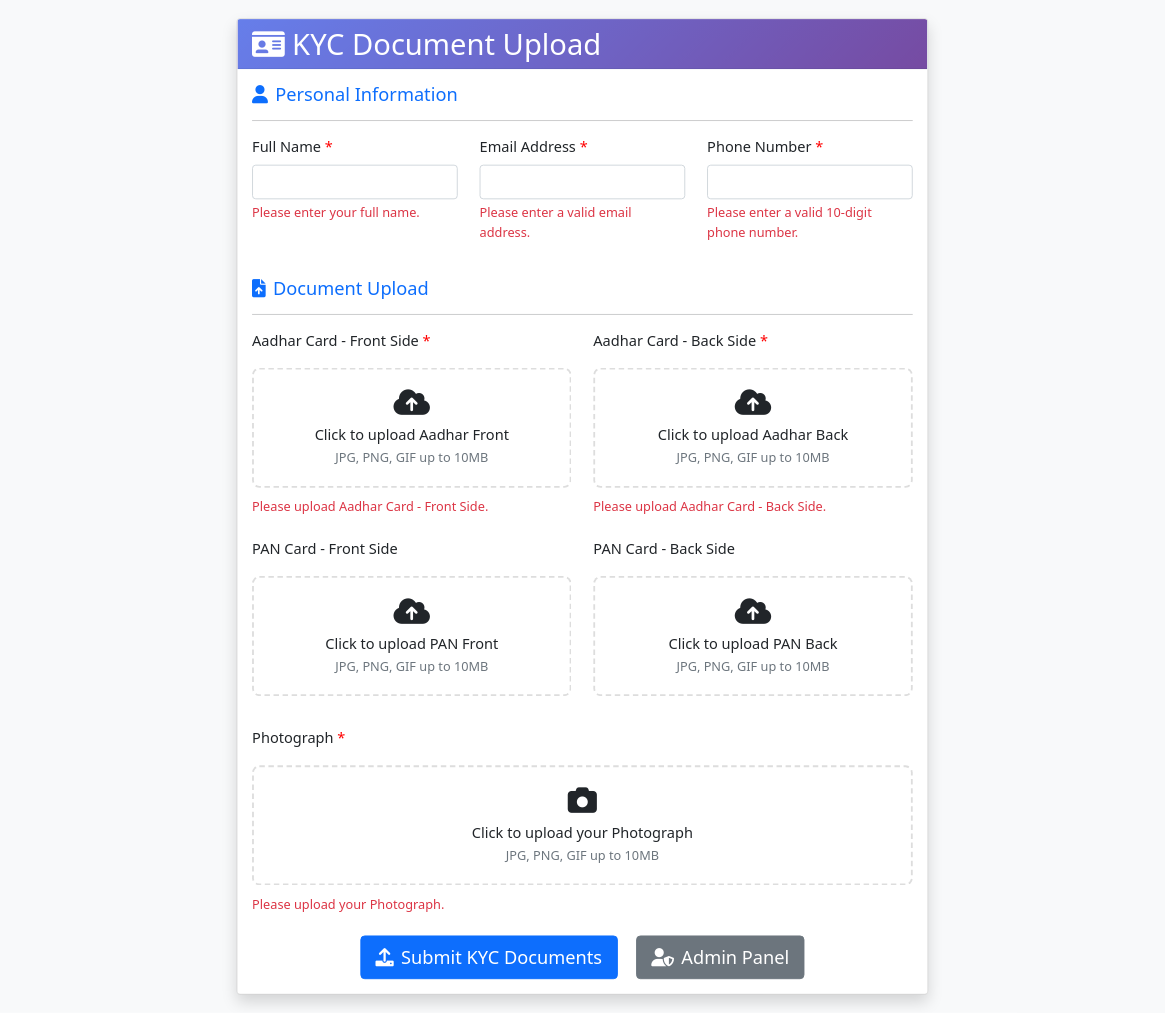
Repository: ashutosh-shukla/microservices
Page: http://localhost/FRONTEND-UI/WEB-INF/views/kyc-upload.jsp
These files come from the project's save history. The page is drawn as it stood at one moment and after the next save; the edit follows.
The browser window is 1280 px wide. The pictures show the whole page, at 91% of full size.
The page is served by Tomcat 9. Nobody is signed in. Other server files are loaded and not shown. The template is opened directly, without the code that normally fills it, so the values that code supplies are empty.

Above is the page before, as saved 2025-07-27 17:35:20.

### FRONTEND-UI/src/main/webapp/WEB-INF/views/kyc-upload.jsp
<%@ page contentType="text/html;charset=UTF-8" language="java" %>
<%@ taglib prefix="c" uri="http://java.sun.com/jsp/jstl/core" %>
<!DOCTYPE html>
<html lang="en">
<head>
    <meta charset="UTF-8">
    <meta name="viewport" content="width=device-width, initial-scale=1.0">
    <title>KYC Document Upload</title>
    <link href="https://cdn.jsdelivr.net/npm/bootstrap@5.1.3/dist/css/bootstrap.min.css" rel="stylesheet">
    <link href="https://cdnjs.cloudflare.com/ajax/libs/font-awesome/6.0.0/css/all.min.css" rel="stylesheet">
    <style>
        .upload-container {
            max-width: 800px;
            margin: 0 auto;
            padding: 20px;
        }
        .file-upload-wrapper {
            position: relative;
            margin: 10px 0;
        }
        .file-upload-input {
            display: none;
        }
        .file-upload-label {
            display: block;
            padding: 20px;
            border: 2px dashed #ddd;
            border-radius: 8px;
            text-align: center;
            cursor: pointer;
            transition: all 0.3s ease;
        }
        .file-upload-label:hover {
            border-color: #007bff;
            background-color: #f8f9fa;
        }
        .file-upload-label.has-file {
            border-color: #28a745;
            background-color: #d4edda;
        }
        .preview-container {
            margin-top: 10px;
            text-align: center;
        }
        .preview-image {
            max-width: 200px;
            max-height: 150px;
            border-radius: 8px;
            box-shadow: 0 2px 8px rgba(0,0,0,0.1);
        }
        .required-field {
            color: red;
        }
        .card-header {
            background: linear-gradient(135deg, #667eea 0%, #764ba2 100%);
            color: white;
        }
        .is-invalid {
            border-color: #dc3545 !important;
        }
        .invalid-feedback {
            display: block;
            color: #dc3545;
            font-size: 0.875em;
        }
    </style>
</head>
<body class="bg-light">
    <div class="container-fluid">
        <div class="upload-container">
            <div class="card shadow">
                <div class="card-header">
                    <h2 class="mb-0"><i class="fas fa-id-card me-2"></i>KYC Document Upload</h2>
                </div>
                <div class="card-body">
                    <c:if test="${not empty success}">
                        <div class="alert alert-success alert-dismissible fade show" role="alert">
                            <i class="fas fa-check-circle me-2"></i>${success}
                            <button type="button" class="btn-close" data-bs-dismiss="alert"></button>
                        </div>
                    </c:if>

                    <c:if test="${not empty error}">
                        <div class="alert alert-danger alert-dismissible fade show" role="alert">
                            <i class="fas fa-exclamation-circle me-2"></i>${error}
                            <button type="button" class="btn-close" data-bs-dismiss="alert"></button>
                        </div>
                    </c:if>

                    <%-- Corrected form action to point to the KYCUIController's upload method --%>
                    <form action="${pageContext.request.contextPath}/kyc/upload" method="post" enctype="multipart/form-data" id="kycForm">
                        <div class="row mb-4">
                            <div class="col-12">
                                <h5 class="text-primary"><i class="fas fa-user me-2"></i>Personal Information</h5>
                                <hr>
                            </div>
                            <div class="col-md-4 mb-3">
                                <label for="fullName" class="form-label">Full Name <span class="required-field">*</span></label>
                                <input type="text" class="form-control" id="fullName" name="fullName" required>
                                <div class="invalid-feedback">Please enter your full name.</div>
                            </div>
                            <div class="col-md-4 mb-3">
                                <label for="email" class="form-label">Email Address <span class="required-field">*</span></label>
                                <input type="email" class="form-control" id="email" name="email" required>
                                <div class="invalid-feedback">Please enter a valid email address.</div>
                            </div>
                            <div class="col-md-4 mb-3">
                                <label for="phoneNumber" class="form-label">Phone Number <span class="required-field">*</span></label>
                                <input type="tel" class="form-control" id="phoneNumber" name="phoneNumber" required pattern="[0-9]{10}">
                                <div class="invalid-feedback">Please enter a valid 10-digit phone number.</div>
                            </div>
                        </div>

                        <div class="row">
                            <div class="col-12">
                                <h5 class="text-primary"><i class="fas fa-file-upload me-2"></i>Document Upload</h5>
                                <hr>
                            </div>

                            <div class="col-md-6 mb-4">
                                <label class="form-label">Aadhar Card - Front Side <span class="required-field">*</span></label>
                                <div class="file-upload-wrapper">
                                    <input type="file" id="aadharFront" name="aadharFront" class="file-upload-input" accept="image/*" required>
                                    <label for="aadharFront" class="file-upload-label">
                                        <i class="fas fa-cloud-upload-alt fa-2x mb-2"></i>
                                        <div>Click to upload Aadhar Front</div>
                                        <small class="text-muted">JPG, PNG, GIF up to 10MB</small>
                                    </label>
                                    <div class="preview-container" id="aadharFrontPreview"></div>
                                </div>
                                <div class="invalid-feedback file-feedback">Please upload Aadhar Card - Front Side.</div>
                            </div>

                            <div class="col-md-6 mb-4">
                                <label class="form-label">Aadhar Card - Back Side <span class="required-field">*</span></label>
                                <div class="file-upload-wrapper">
                                    <input type="file" id="aadharBack" name="aadharBack" class="file-upload-input" accept="image/*" required>
                                    <label for="aadharBack" class="file-upload-label">
                                        <i class="fas fa-cloud-upload-alt fa-2x mb-2"></i>
                                        <div>Click to upload Aadhar Back</div>
                                        <small class="text-muted">JPG, PNG, GIF up to 10MB</small>
                                    </label>
                                    <div class="preview-container" id="aadharBackPreview"></div>
                                </div>
                                <div class="invalid-feedback file-feedback">Please upload Aadhar Card - Back Side.</div>
                            </div>

                            <div class="col-md-6 mb-4">
                                <label class="form-label">PAN Card - Front Side</label>
                                <div class="file-upload-wrapper">
                                    <input type="file" id="panFront" name="panFront" class="file-upload-input" accept="image/*">
                                    <label for="panFront" class="file-upload-label">
                                        <i class="fas fa-cloud-upload-alt fa-2x mb-2"></i>
                                        <div>Click to upload PAN Front</div>
                                        <small class="text-muted">JPG, PNG, GIF up to 10MB</small>
                                    </label>
                                    <div class="preview-container" id="panFrontPreview"></div>
                                </div>
                            </div>

                            <div class="col-md-6 mb-4">
                                <label class="form-label">PAN Card - Back Side</label>
                                <div class="file-upload-wrapper">
                                    <input type="file" id="panBack" name="panBack" class="file-upload-input" accept="image/*">
                                    <label for="panBack" class="file-upload-label">
                                        <i class="fas fa-cloud-upload-alt fa-2x mb-2"></i>
                                        <div>Click to upload PAN Back</div>
                                        <small class="text-muted">JPG, PNG, GIF up to 10MB</small>
                                    </label>
                                    <div class="preview-container" id="panBackPreview"></div>
                                </div>
                            </div>

                            <div class="col-md-12 mb-4">
                                <label class="form-label">Photograph <span class="required-field">*</span></label>
                                <div class="file-upload-wrapper">
                                    <input type="file" id="photograph" name="photograph" class="file-upload-input" accept="image/*" required>
                                    <label for="photograph" class="file-upload-label">
                                        <i class="fas fa-camera fa-2x mb-2"></i>
                                        <div>Click to upload your Photograph</div>
                                        <small class="text-muted">JPG, PNG, GIF up to 10MB</small>
                                    </label>
                                    <div class="preview-container" id="photographPreview"></div>
                                </div>
                                <div class="invalid-feedback file-feedback">Please upload your Photograph.</div>
                            </div>
                        </div>

                        <div class="row">
                            <div class="col-12 text-center">
                                <button type="submit" class="btn btn-primary btn-lg me-3">
                                    <i class="fas fa-upload me-2"></i>Submit KYC Documents
                                </button>
                                <a href="${pageContext.request.contextPath}/kyc/admin" class="btn btn-secondary btn-lg">
                                    <i class="fas fa-user-shield me-2"></i>Admin Panel
                                </a>
                            </div>
                        </div>
                    </form>
                </div>
            </div>
        </div>
    </div>

    <script src="https://cdn.jsdelivr.net/npm/bootstrap@5.1.3/dist/js/bootstrap.bundle.min.js"></script>
    <script>
        // File upload preview functionality
        function setupFilePreview(inputId, previewId) {
            const input = document.getElementById(inputId);
            const label = input.nextElementSibling;
            const preview = document.getElementById(previewId);
            const feedback = label.nextElementSibling; // Get the invalid-feedback div

            input.addEventListener('change', function(e) {
                const file = e.target.files[0];
                if (file) {
                    label.classList.add('has-file');

                    // Simple file size display without complex calculations
                    let sizeText = 'File selected';
                    if (file.size) {
                        const kb = Math.round(file.size / 1024);
                        if (kb > 1024) {
                            sizeText = Math.round(kb / 1024) + ' MB';
                        } else {
                            sizeText = kb + ' KB';
                        }
                    }

                    label.innerHTML = '<i class="fas fa-check-circle fa-2x mb-2 text-success"></i>' +
                                    '<div>' + file.name + '</div>' +
                                    '<small class="text-muted">' + sizeText + '</small>';

                    // Show preview
                    const reader = new FileReader();
                    reader.onload = function(e) {
                        preview.innerHTML = '<img src="' + e.target.result + '" class="preview-image" alt="Preview">';
                    };
                    reader.readAsDataURL(file);

                    // Remove invalid feedback on successful file selection
                    if (feedback) {
                        feedback.style.display = 'none';
                    }
                } else {
                    label.classList.remove('has-file');
                    preview.innerHTML = '';
                    // Show invalid feedback if file is removed
                    if (input.hasAttribute('required') && feedback) {
                        feedback.style.display = 'block';
                    }
                }
            });
        }

        // Setup preview for all file inputs
        setupFilePreview('aadharFront', 'aadharFrontPreview');
        setupFilePreview('aadharBack', 'aadharBackPreview');
        setupFilePreview('panFront', 'panFrontPreview');
        setupFilePreview('panBack', 'panBackPreview');
        setupFilePreview('photograph', 'photographPreview');

        // Form validation
        document.getElementById('kycForm').addEventListener('submit', function(e) {
            const form = e.target;
            let isValid = true;

            // Validate text inputs
            const textInputs = ['fullName', 'email', 'phoneNumber'];
            textInputs.forEach(function(fieldId) {
                const field = document.getElementById(fieldId);
                if (!field.value || field.value.trim() === '') {
                    isValid = false;
                    field.classList.add('is-invalid');
                } else {
                    field.classList.remove('is-invalid');
                    // Additional validation for email and phone number format
                    if (field.id === 'email' && !field.value.match(/^[A-Za-z0-9+_.-]+@(.+)$/)) {
                        isValid = false;
                        field.classList.add('is-invalid');
                        field.nextElementSibling.textContent = 'Please enter a valid email address.';
                    } else if (field.id === 'phoneNumber' && !field.value.match(/^[0-9]{10}$/)) {
                        isValid = false;
                        field.classList.add('is-invalid');
                        field.nextElementSibling.textContent = 'Please enter a valid 10-digit phone number.';
                    }
                }
            });

            // Validate file inputs
            const fileInputs = ['aadharFront', 'aadharBack', 'photograph']; // Only required ones
            fileInputs.forEach(function(fieldId) {
                const input = document.getElementById(fieldId);
                const feedback = input.nextElementSibling.nextElementSibling; // Get the invalid-feedback div

                if (input.hasAttribute('required') && (!input.files || input.files.length === 0)) {
                    isValid = false;
                    input.nextElementSibling.classList.add('is-invalid'); // Add to label for visual cue
                    if (feedback) feedback.style.display = 'block';
                } else {
                    input.nextElementSibling.classList.remove('is-invalid');
                    if (feedback) feedback.style.display = 'none';
                }
            });

            if (!isValid) {
                e.preventDefault(); // Prevent form submission
                // Alert can be annoying, using Bootstrap's invalid-feedback is better.
                // alert('Please correct the highlighted fields and upload all required documents.');
            }
        });
    </script>
</body>
</html>

After the next save:
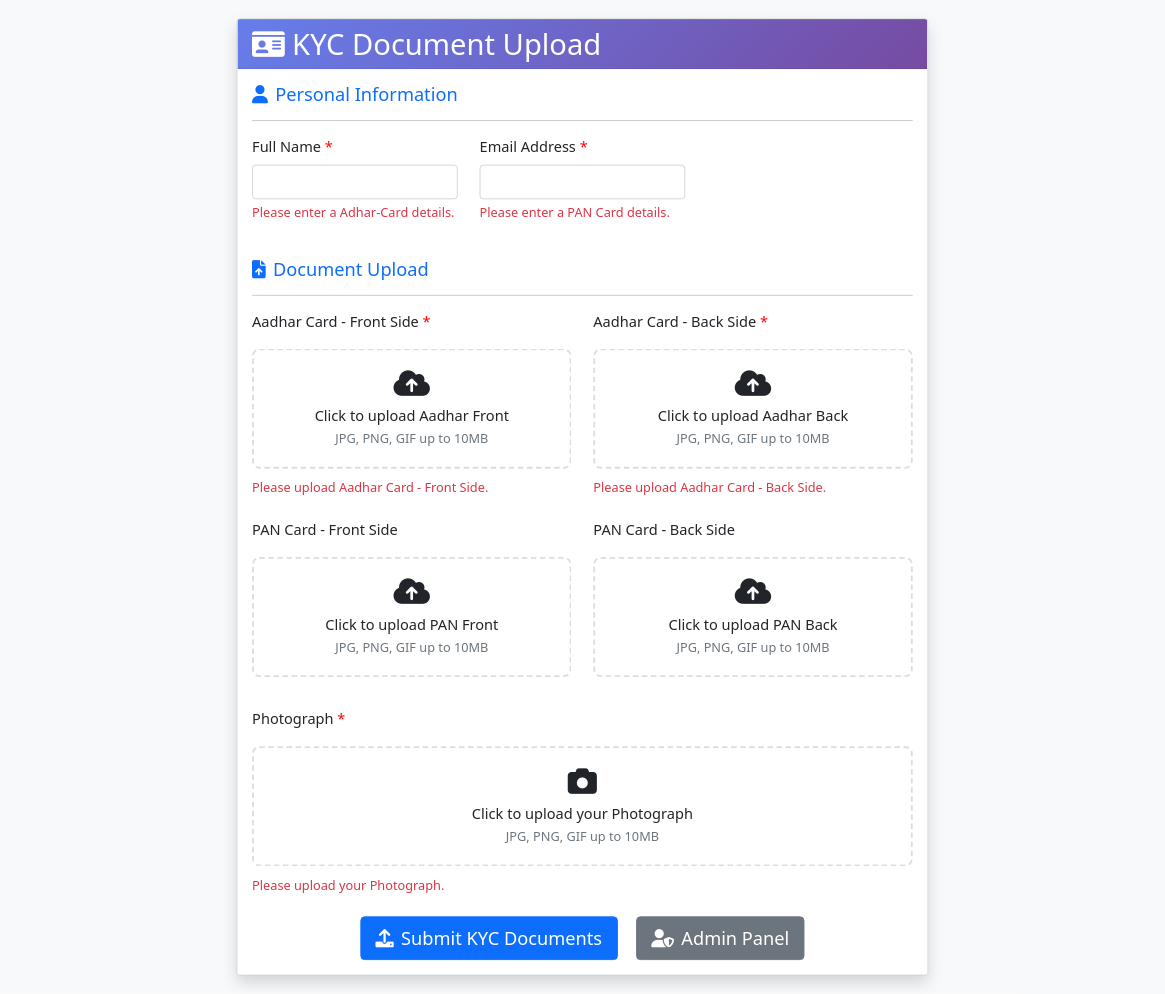
Saved 3 min 45 s later.
--- a/FRONTEND-UI/src/main/webapp/WEB-INF/views/kyc-upload.jsp
+++ b/FRONTEND-UI/src/main/webapp/WEB-INF/views/kyc-upload.jsp
@@ -97,18 +97,14 @@
                             <div class="col-md-4 mb-3">
                                 <label for="fullName" class="form-label">Full Name <span class="required-field">*</span></label>
                                 <input type="text" class="form-control" id="fullName" name="fullName" required>
-                                <div class="invalid-feedback">Please enter your full name.</div>
+                                <div class="invalid-feedback">Please enter a Adhar-Card details.</div>
                             </div>
                             <div class="col-md-4 mb-3">
                                 <label for="email" class="form-label">Email Address <span class="required-field">*</span></label>
-                                <input type="email" class="form-control" id="email" name="email" required>
-                                <div class="invalid-feedback">Please enter a valid email address.</div>
-                            </div>
-                            <div class="col-md-4 mb-3">
-                                <label for="phoneNumber" class="form-label">Phone Number <span class="required-field">*</span></label>
-                                <input type="tel" class="form-control" id="phoneNumber" name="phoneNumber" required pattern="[0-9]{10}">
-                                <div class="invalid-feedback">Please enter a valid 10-digit phone number.</div>
-                            </div>
+                                <input type="text" class="form-control" id="email" name="email" required>
+                                <div class="invalid-feedback">Please enter a PAN Card details.</div>
+                            </div>
+
                         </div>
 
                         <div class="row">
